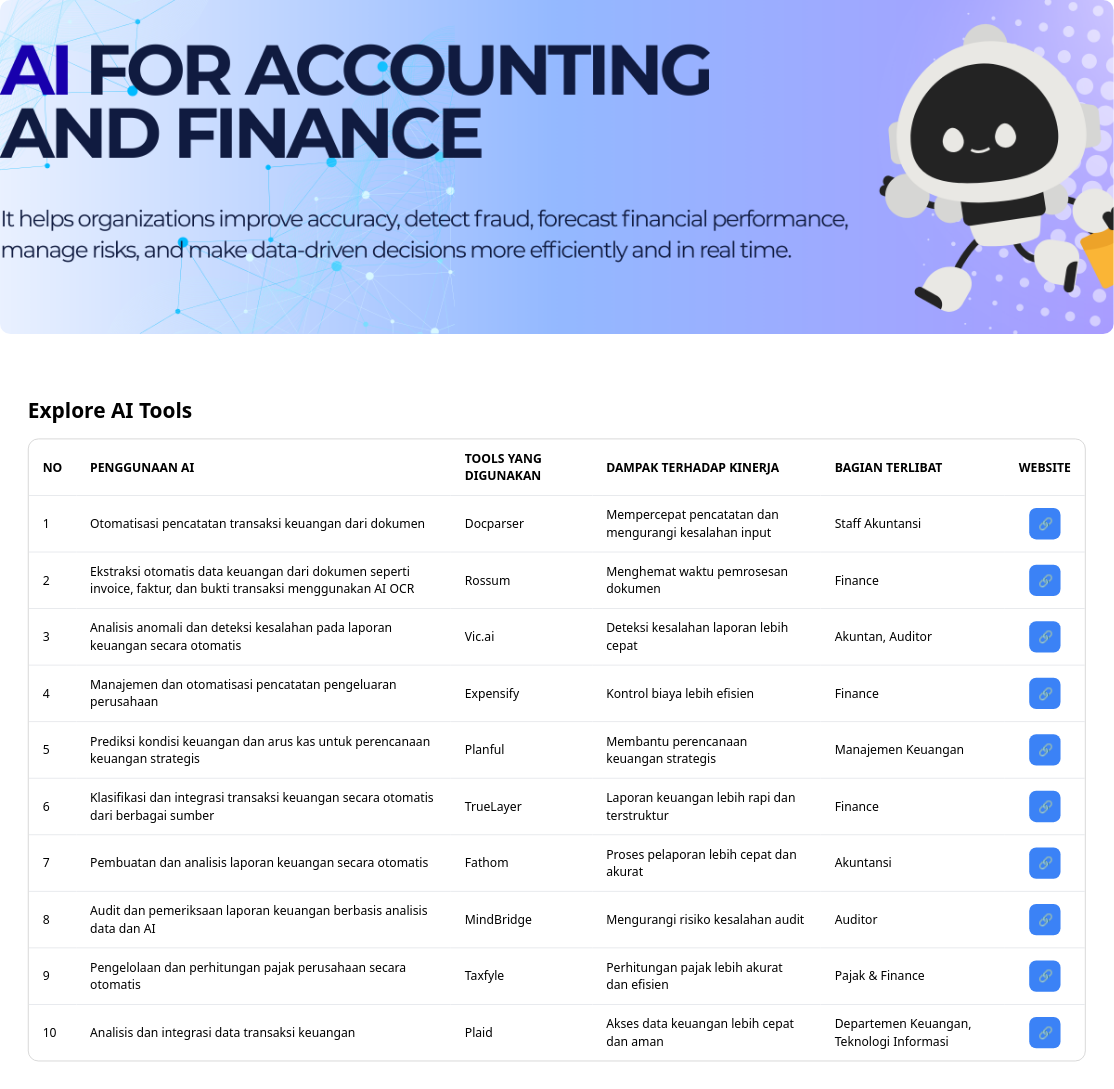
Repository: MUHAMADTEGARWIJAYA/AI-BUSINESS-TOOLKIT
Page: /ai/keuangan
The author's editor kept a copy of each file at every save. The page is drawn from the files as they stood at one save, then again after a run of saves.
The browser window is 1280 px wide. The pictures show the whole page, at 87% of full size.
The project was rebuilt for these pictures with package versions that can differ from the ones it lists, and the page was loaded fresh each time. Also part of the build but not shown: vite.config.js, src/views/NamaFloating.vue, src/views/FooterView.vue, src/views/HomeView.vue, src/views/AiOperansional.vue, src/views/AiSdm.vue, src/views/AiStrategi.vue, src/views/AiPemasaran.vue and 1 more. Imported but missing from the stored project, and not drawn on this page: src/component/Aurora/Aurora.vue.

Above is the page before, as saved 2026-01-11 19:36:58.

After the next 4 saves:
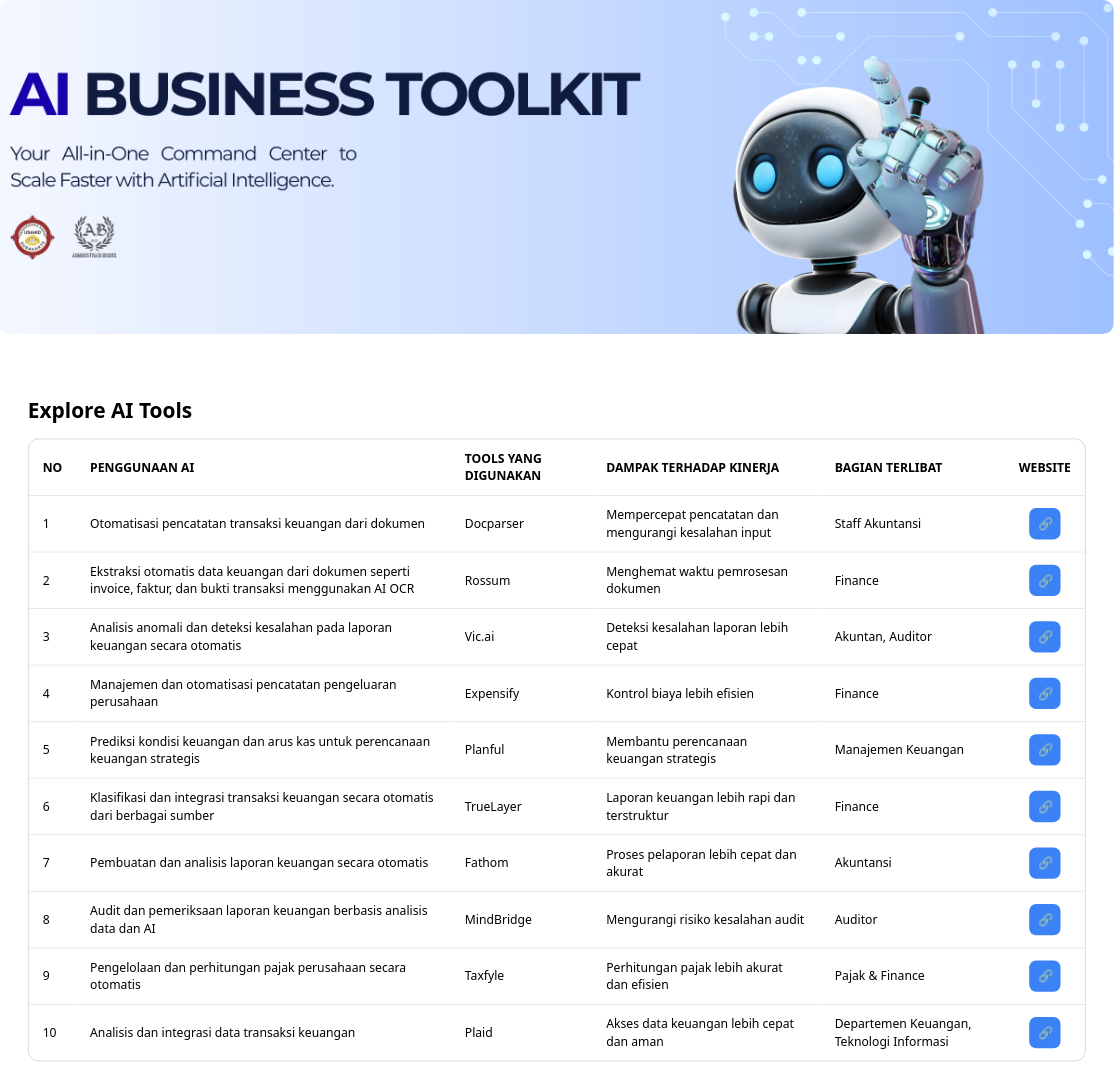
The 4 saves are shown as one change because 3 did not build or start.
The last was saved 20 min 22 s later.
--- a/src/views/AiKeuanganAkuntansi.vue
+++ b/src/views/AiKeuanganAkuntansi.vue
@@ -1,14 +1,14 @@
-<script setup>
-import { aiakutansi } from '@/data/data.js'
-</script>
-
 <template>
   <div class="min-h-screen bg-white">
     <div class="w-full max-w-full mb-10">
       <!-- Background Image -->
-      <div
+      <!-- <div
         class="w-full h-96 rounded-xl bg-cover bg-no-repeat bg-center"
         style="background-image: url('/DIVISI\ AKUNTANSI\ DAN\ KEUANGAN.png')"
+      ></div> -->
+      <div
+        class="w-full md:h-96 h-52 rounded-xl bg-contain md:bg-cover bg-no-repeat bg-center"
+        :style="{ backgroundImage: `url('${bgImage}')` }"
       ></div>
     </div>
     <div class="p-8">
@@ -62,3 +62,21 @@
     </div>
   </div>
 </template>
+
+<script setup>
+import { ref, onMounted, onUnmounted } from 'vue'
+import { aiakutansi } from '@/data/data.js'
+const bgImage = ref('/dddd.png')
+const updateBg = () => {
+  bgImage.value = window.innerWidth >= 768 ? '/ai.png' : '/mobil.png'
+}
+
+onMounted(() => {
+  updateBg()
+  window.addEventListener('resize', updateBg)
+})
+
+onUnmounted(() => {
+  window.removeEventListener('resize', updateBg)
+})
+</script>
